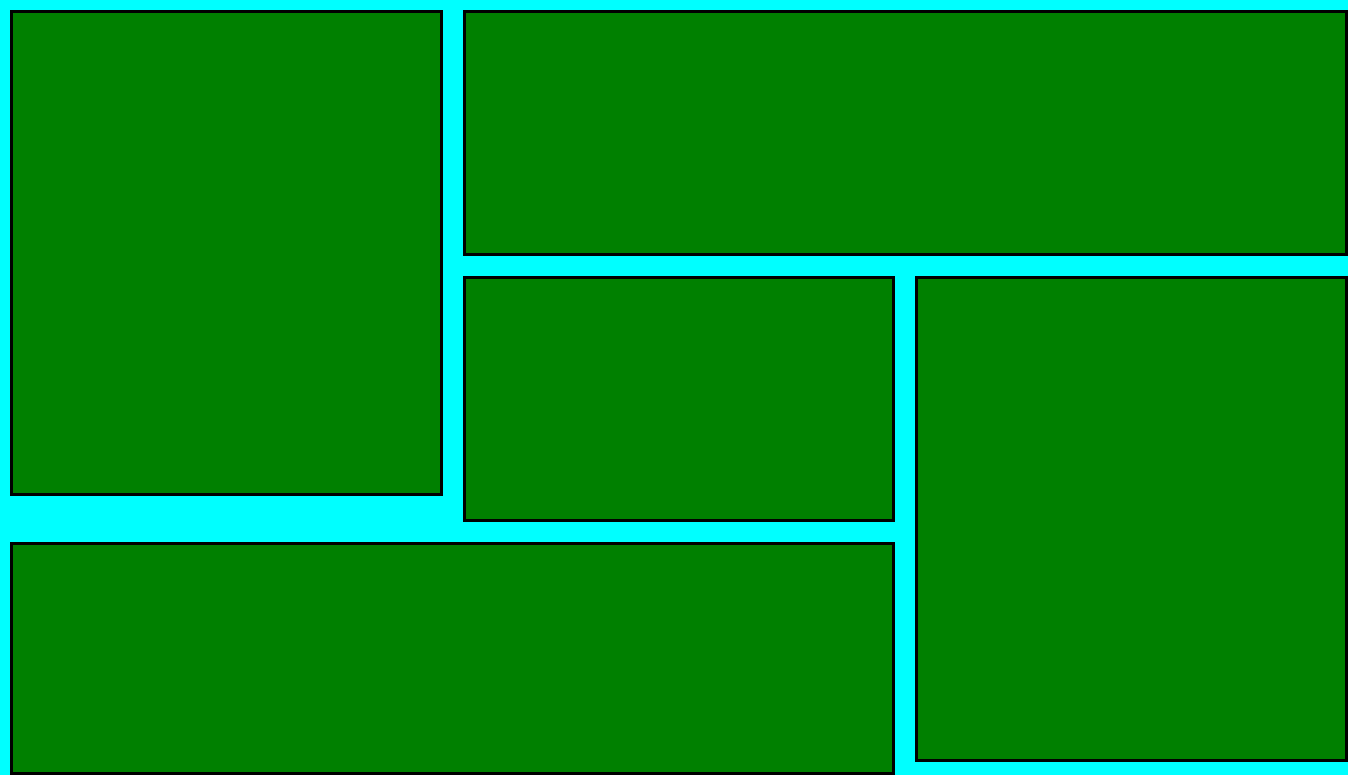
Repository: tianjiewang2022/tianjiewang2022.github.io
Page: index.html
These files come from the project's save history. The page is drawn as it stood at one moment and after the next save; the edit follows.
The browser window is 1280 px wide. The page is 1348 px wide, then 1280 px, so the pictures cover 1348 px, including what lies to the right of the window. The pictures show the whole page.

Above is the page before, as saved 2023-10-03 19:19:35.

### index.html
<!DOCTYPE html>
<html lang="en">

    <head>
        <meta charset="UTF-8">
        <meta name="viewport" content="width=device-width, initial-scale=1.0">
        <title>Sally's Webpage</title>
        <style>
            body {
                margin: 0;
                padding: 0;
                display: grid;
                grid-template-rows: repeat(3, 1fr);
                grid-template-columns: repeat(3, 1fr);
                height: 100vh;
                background-color: aqua;
            }

            header {
                background-color: green;
                color: rgb(0, 0, 0);
                grid-column: 2 / span 2;
                grid-row: 1 / span 1;
                display: flex;
                justify-content: center;
                align-items: center;
                font-size: 40px;
                z-index: 100;
                height: calc(100vh / 3);
                /* Set the height of the header */

                border: 3px solid black;
                margin: 10px;
            }

            .left_bar {
                background-color: green;
                grid-row: 1 / span 2;
                grid-column: 1 / span 1;
                height: calc(2 * (100vh / 3));
                /* Set the height of the left bar */
                width: calc(1 * (100vw / 3));
                /* Set the width of the left bar */
                /* Position the left bar at the left side */
                border: 3px solid black;
                margin: 10px;
            }

            .main_area {
                background-color: green;
                grid-row: 2 / span 1;
                grid-column: 2 / span 1;
                display: flex;
                grid-template-columns: 1fr;
                flex-wrap: wrap;
                justify-content: center;
                position: relative;
                height: calc(1 * (100vh / 3));
                width: calc(1 * (100vw / 3));
                align-items: center;
                border: 3px solid black;
                margin: 10px;
            }

            .right_bar {
                background-color: green;
                grid-row: 2 / span 2;
                grid-column: 3 / span 1;
                height: calc(2 * (100vh / 3));
                /* Set the height of the left bar */
                width: calc(1 * (100vw / 3));
                /* Set the width of the left bar */
                /* Position the left bar at the left side */
                border: 3px solid black;
                margin: 10px;
            }

            footer {
                background-color: green;
                grid-column: 1 / span 2;
                grid-row: 3 / span 1;
                /* Place the footer in the last row */
                display: flex;
                justify-content: center;
                align-items: center;
                z-index: 100;
                /* Set the height of the footer */
                border: 3px solid black;
                margin: 10px;
            }
        </style>
    </head>

    <body>
        <header></header>
        <!-- Your content goes here -->
        <span class="left_bar"></span>
        <span class="main_area"> <!-- Centered box -->
        </span>
        <span class="right_bar"></span>

        <footer></footer>
    </body>

</html>

After the next save:
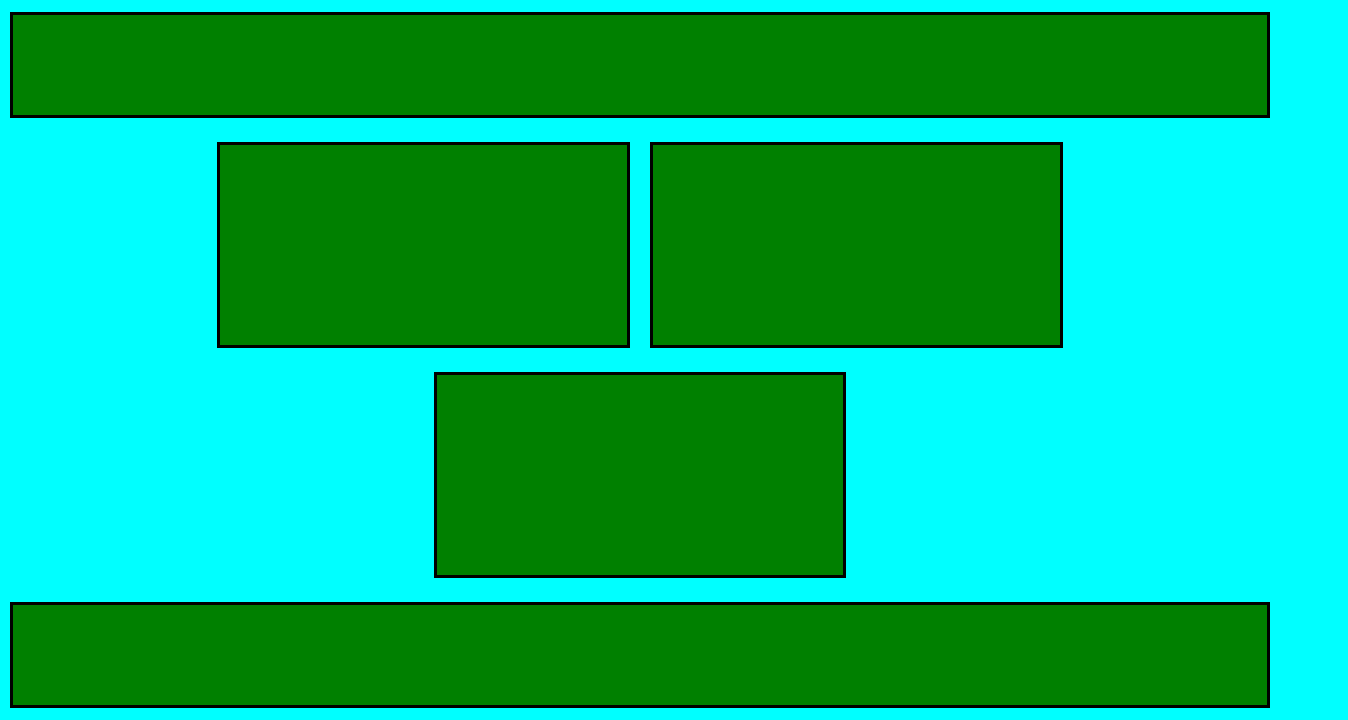
Saved 2 min 54 s later.
--- a/index.html
+++ b/index.html
@@ -9,97 +9,47 @@
             body {
                 margin: 0;
                 padding: 0;
-                display: grid;
-                grid-template-rows: repeat(3, 1fr);
-                grid-template-columns: repeat(3, 1fr);
-                height: 100vh;
+                display: flex;
+                flex-wrap: wrap;
+                justify-content: center;
+                align-items: center;
+                min-height: 100vh;
                 background-color: aqua;
             }
 
-            header {
+            .component {
                 background-color: green;
-                color: rgb(0, 0, 0);
-                grid-column: 2 / span 2;
-                grid-row: 1 / span 1;
-                display: flex;
-                justify-content: center;
-                align-items: center;
-                font-size: 40px;
-                z-index: 100;
-                height: calc(100vh / 3);
-                /* Set the height of the header */
-
                 border: 3px solid black;
                 margin: 10px;
             }
 
-            .left_bar {
-                background-color: green;
-                grid-row: 1 / span 2;
-                grid-column: 1 / span 1;
-                height: calc(2 * (100vh / 3));
-                /* Set the height of the left bar */
-                width: calc(1 * (100vw / 3));
-                /* Set the width of the left bar */
-                /* Position the left bar at the left side */
-                border: 3px solid black;
-                margin: 10px;
+            header,
+            footer {
+                flex-basis: 100%;
+                height: 100px;
+                /* Set your desired height */
             }
 
-            .main_area {
-                background-color: green;
-                grid-row: 2 / span 1;
-                grid-column: 2 / span 1;
-                display: flex;
-                grid-template-columns: 1fr;
-                flex-wrap: wrap;
-                justify-content: center;
-                position: relative;
-                height: calc(1 * (100vh / 3));
-                width: calc(1 * (100vw / 3));
-                align-items: center;
-                border: 3px solid black;
-                margin: 10px;
-            }
-
+            .left_bar,
+            .main_area,
             .right_bar {
-                background-color: green;
-                grid-row: 2 / span 2;
-                grid-column: 3 / span 1;
-                height: calc(2 * (100vh / 3));
-                /* Set the height of the left bar */
-                width: calc(1 * (100vw / 3));
-                /* Set the width of the left bar */
-                /* Position the left bar at the left side */
-                border: 3px solid black;
-                margin: 10px;
-            }
-
-            footer {
-                background-color: green;
-                grid-column: 1 / span 2;
-                grid-row: 3 / span 1;
-                /* Place the footer in the last row */
-                display: flex;
-                justify-content: center;
-                align-items: center;
-                z-index: 100;
-                /* Set the height of the footer */
-                border: 3px solid black;
-                margin: 10px;
+                flex-basis: calc(33.33% - 20px);
+                /* Adjust as needed */
+                height: 200px;
+                /* Set your desired height */
+                width: 200px;
+                /* Set your desired width */
             }
         </style>
     </head>
 
     <body>
-        <header></header>
+        <header class="component"></header>
         <!-- Your content goes here -->
-        <span class="left_bar"></span>
-        <span class="main_area"> <!-- Centered box -->
-        </span>
-        <span class="right_bar"></span>
-
-        <footer></footer>
+        <div class="left_bar component"></div>
+        <div class="main_area component"></div>
+        <div class="right_bar component"></div>
+        <footer class="component"></footer>
     </body>
 
 </html>
